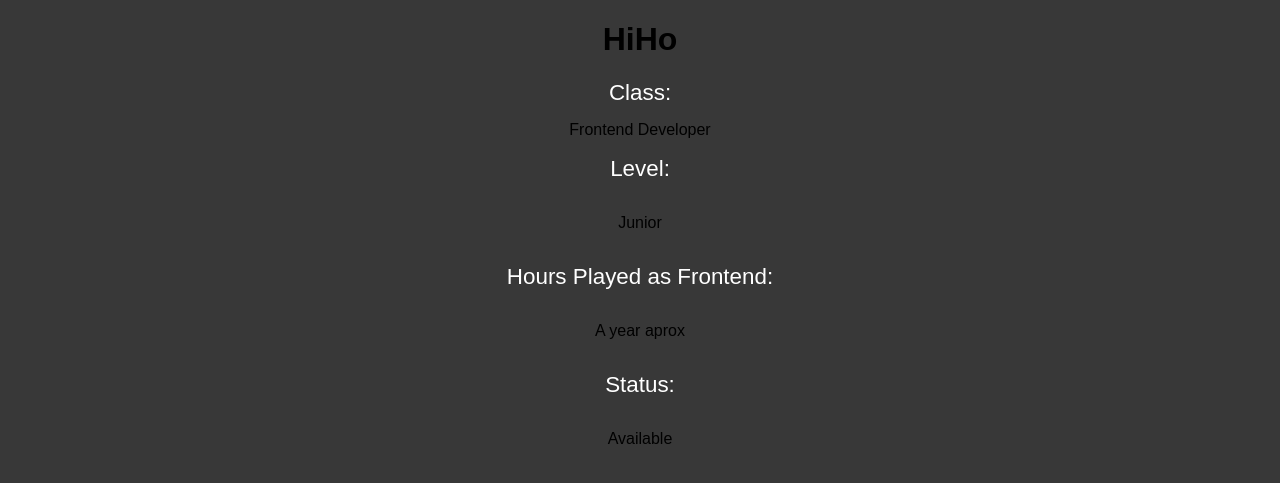
Repository: sernalab/soon
Page: index.html
The author's editor kept a copy of each file at every save. The page is drawn from the files as they stood at one save, then again after the next save.
The browser window is 1280 px wide. The pictures show the whole page.
Some web fonts or font styles are not loaded; a fallback is used.

Above is the page before, as saved 2018-12-23 23:55:23.

### index.html
<!DOCTYPE html>
<html lang="en">

<head>
    <meta charset="UTF-8">
    <meta name="viewport" content="width=device-width, initial-scale=1.0">
    <meta http-equiv="X-UA-Compatible" content="ie=edge">
    <title>Lulz</title>
    <link rel="stylesheet" href="css/styles.css">
    <link href="https://fonts.googleapis.com/css?family=Aldrich" rel="stylesheet">
</head>

<body>
    <main>
        <h1>HiHo</h1>
        <span>Class:</span>
        <p> Frontend Developer</p>
        <span>Level:</span>
        <p></p>Junior</p>
        <span>Hours Played as Frontend:</span>
        <p></p>A year aprox</p>
        <span>Status:</span>
        <p></p>Available</p>
    </main>
</body>

<script>
    // google analitycs
</script>

</html>

### css/styles.css
/*! normalize.css v8.0.1 | MIT License | github.com/necolas/normalize.css */


/* Document
   ========================================================================== */


/**
 * 1. Correct the line height in all browsers.
 * 2. Prevent adjustments of font size after orientation changes in iOS.
 */

html {
    line-height: 1.15;
    /* 1 */
    -webkit-text-size-adjust: 100%;
    /* 2 */
}


/* Sections
   ========================================================================== */


/**
 * Remove the margin in all browsers.
 */

body {
    margin: 0;
}


/**
 * Render the `main` element consistently in IE.
 */

main {
    display: block;
}


/**
 * Correct the font size and margin on `h1` elements within `section` and
 * `article` contexts in Chrome, Firefox, and Safari.
 */

h1 {
    font-size: 2em;
    margin: 0.67em 0;
}


/* Grouping content
   ========================================================================== */


/**
 * 1. Add the correct box sizing in Firefox.
 * 2. Show the overflow in Edge and IE.
 */

hr {
    box-sizing: content-box;
    /* 1 */
    height: 0;
    /* 1 */
    overflow: visible;
    /* 2 */
}


/**
 * 1. Correct the inheritance and scaling of font size in all browsers.
 * 2. Correct the odd `em` font sizing in all browsers.
 */

pre {
    font-family: monospace, monospace;
    /* 1 */
    font-size: 1em;
    /* 2 */
}


/* Text-level semantics
   ========================================================================== */


/**
 * Remove the gray background on active links in IE 10.
 */

a {
    background-color: transparent;
}


/**
 * 1. Remove the bottom border in Chrome 57-
 * 2. Add the correct text decoration in Chrome, Edge, IE, Opera, and Safari.
 */

abbr[title] {
    border-bottom: none;
    /* 1 */
    text-decoration: underline;
    /* 2 */
    text-decoration: underline dotted;
    /* 2 */
}


/**
 * Add the correct font weight in Chrome, Edge, and Safari.
 */

b,
strong {
    font-weight: bolder;
}


/**
 * 1. Correct the inheritance and scaling of font size in all browsers.
 * 2. Correct the odd `em` font sizing in all browsers.
 */

code,
kbd,
samp {
    font-family: monospace, monospace;
    /* 1 */
    font-size: 1em;
    /* 2 */
}


/**
 * Add the correct font size in all browsers.
 */

small {
    font-size: 80%;
}


/**
 * Prevent `sub` and `sup` elements from affecting the line height in
 * all browsers.
 */

sub,
sup {
    font-size: 75%;
    line-height: 0;
    position: relative;
    vertical-align: baseline;
}

sub {
    bottom: -0.25em;
}

sup {
    top: -0.5em;
}


/* Embedded content
   ========================================================================== */


/**
 * Remove the border on images inside links in IE 10.
 */

img {
    border-style: none;
}


/* Forms
   ========================================================================== */


/**
 * 1. Change the font styles in all browsers.
 * 2. Remove the margin in Firefox and Safari.
 */

button,
input,
optgroup,
select,
textarea {
    font-family: inherit;
    /* 1 */
    font-size: 100%;
    /* 1 */
    line-height: 1.15;
    /* 1 */
    margin: 0;
    /* 2 */
}


/**
 * Show the overflow in IE.
 * 1. Show the overflow in Edge.
 */

button,
input {
    /* 1 */
    overflow: visible;
}


/**
 * Remove the inheritance of text transform in Edge, Firefox, and IE.
 * 1. Remove the inheritance of text transform in Firefox.
 */

button,
select {
    /* 1 */
    text-transform: none;
}


/**
 * Correct the inability to style clickable types in iOS and Safari.
 */

button,
[type="button"],
[type="reset"],
[type="submit"] {
    -webkit-appearance: button;
}


/**
 * Remove the inner border and padding in Firefox.
 */

button::-moz-focus-inner,
[type="button"]::-moz-focus-inner,
[type="reset"]::-moz-focus-inner,
[type="submit"]::-moz-focus-inner {
    border-style: none;
    padding: 0;
}


/**
 * Restore the focus styles unset by the previous rule.
 */

button:-moz-focusring,
[type="button"]:-moz-focusring,
[type="reset"]:-moz-focusring,
[type="submit"]:-moz-focusring {
    outline: 1px dotted ButtonText;
}


/**
 * Correct the padding in Firefox.
 */

fieldset {
    padding: 0.35em 0.75em 0.625em;
}


/**
 * 1. Correct the text wrapping in Edge and IE.
 * 2. Correct the color inheritance from `fieldset` elements in IE.
 * 3. Remove the padding so developers are not caught out when they zero out
 *    `fieldset` elements in all browsers.
 */

legend {
    box-sizing: border-box;
    /* 1 */
    color: inherit;
    /* 2 */
    display: table;
    /* 1 */
    max-width: 100%;
    /* 1 */
    padding: 0;
    /* 3 */
    white-space: normal;
    /* 1 */
}


/**
 * Add the correct vertical alignment in Chrome, Firefox, and Opera.
 */

progress {
    vertical-align: baseline;
}


/**
 * Remove the default vertical scrollbar in IE 10+.
 */

textarea {
    overflow: auto;
}


/**
 * 1. Add the correct box sizing in IE 10.
 * 2. Remove the padding in IE 10.
 */

[type="checkbox"],
[type="radio"] {
    box-sizing: border-box;
    /* 1 */
    padding: 0;
    /* 2 */
}


/**
 * Correct the cursor style of increment and decrement buttons in Chrome.
 */

[type="number"]::-webkit-inner-spin-button,
[type="number"]::-webkit-outer-spin-button {
    height: auto;
}


/**
 * 1. Correct the odd appearance in Chrome and Safari.
 * 2. Correct the outline style in Safari.
 */

[type="search"] {
    -webkit-appearance: textfield;
    /* 1 */
    outline-offset: -2px;
    /* 2 */
}


/**
 * Remove the inner padding in Chrome and Safari on macOS.
 */

[type="search"]::-webkit-search-decoration {
    -webkit-appearance: none;
}


/**
 * 1. Correct the inability to style clickable types in iOS and Safari.
 * 2. Change font properties to `inherit` in Safari.
 */

::-webkit-file-upload-button {
    -webkit-appearance: button;
    /* 1 */
    font: inherit;
    /* 2 */
}


/* Interactive
   ========================================================================== */


/*
 * Add the correct display in Edge, IE 10+, and Firefox.
 */

details {
    display: block;
}


/*
 * Add the correct display in all browsers.
 */

summary {
    display: list-item;
}


/* Misc
   ========================================================================== */


/**
 * Add the correct display in IE 10+.
 */

template {
    display: none;
}


/**
 * Add the correct display in IE 10.
 */

[hidden] {
    display: none;
}


/* custom css */

body {
    background-color: #252525e8;
    font-family: 'Aldrich', sans-serif;
}

main {
    display: flex;
    flex-direction: column;
    justify-content: baseline;
    align-items: center;
}

span {
    color: white;
    font-size: 1.4em;
}

After the next save:
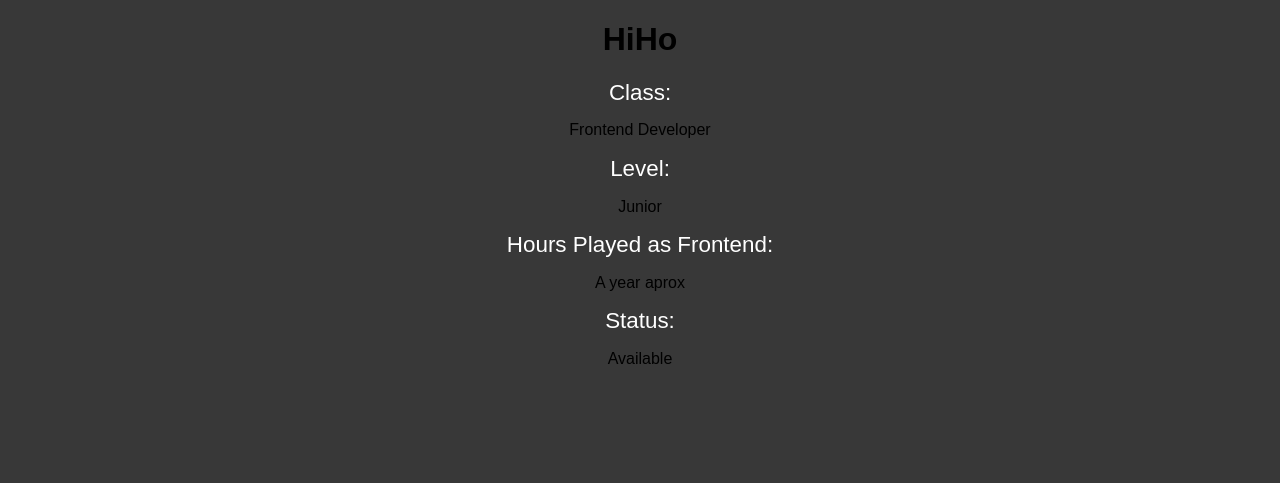
Saved 9 s later.
--- a/index.html
+++ b/index.html
@@ -16,11 +16,11 @@
         <span>Class:</span>
         <p> Frontend Developer</p>
         <span>Level:</span>
-        <p></p>Junior</p>
+        <p>Junior</p>
         <span>Hours Played as Frontend:</span>
-        <p></p>A year aprox</p>
+        <p>A year aprox</p>
         <span>Status:</span>
-        <p></p>Available</p>
+        <p>Available</p>
     </main>
 </body>
 
